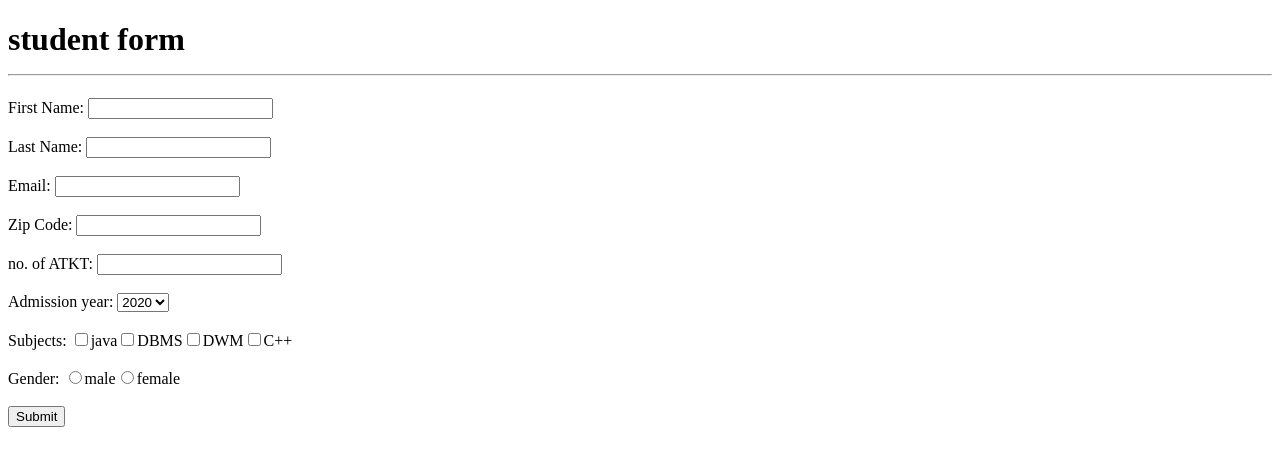
Repository: prathikpk/Springmvc
Page: http://localhost/springMvcDemo/student/showStudentForm
An editor plug-in stored every save of this project. The page is shown before and after the next save, followed by the edit.
The browser window is 1280 px wide. The pictures show the whole page.
The page is served by Tomcat 9. The template is opened directly, without the code that normally fills it, so the values that code supplies are empty.

Above is the page before, as saved 2022-10-03 10:12:17.

After the next save:
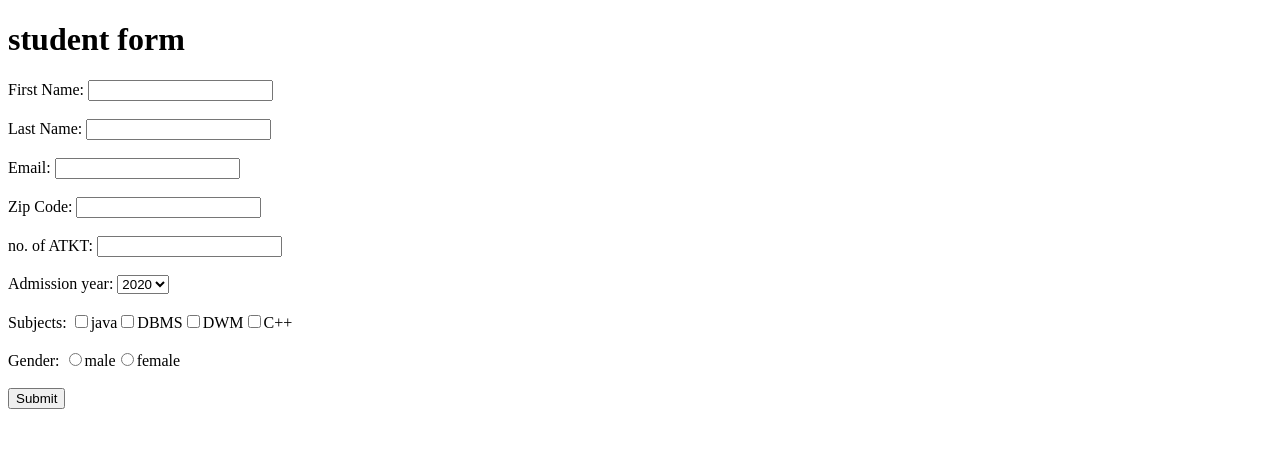
Saved 11 s later.
--- a/springMvcDemo/WebContent/WEB-INF/view/student-form.jsp
+++ b/springMvcDemo/WebContent/WEB-INF/view/student-form.jsp
@@ -9,7 +9,7 @@
 <title>Insert title here</title>
 </head>
 <body>
-	<h1>student form<hr></h1>
+	<h1>student form</h1>
 
 	<form:form action="processStudentForm" modelAttribute="theStudent">
 
